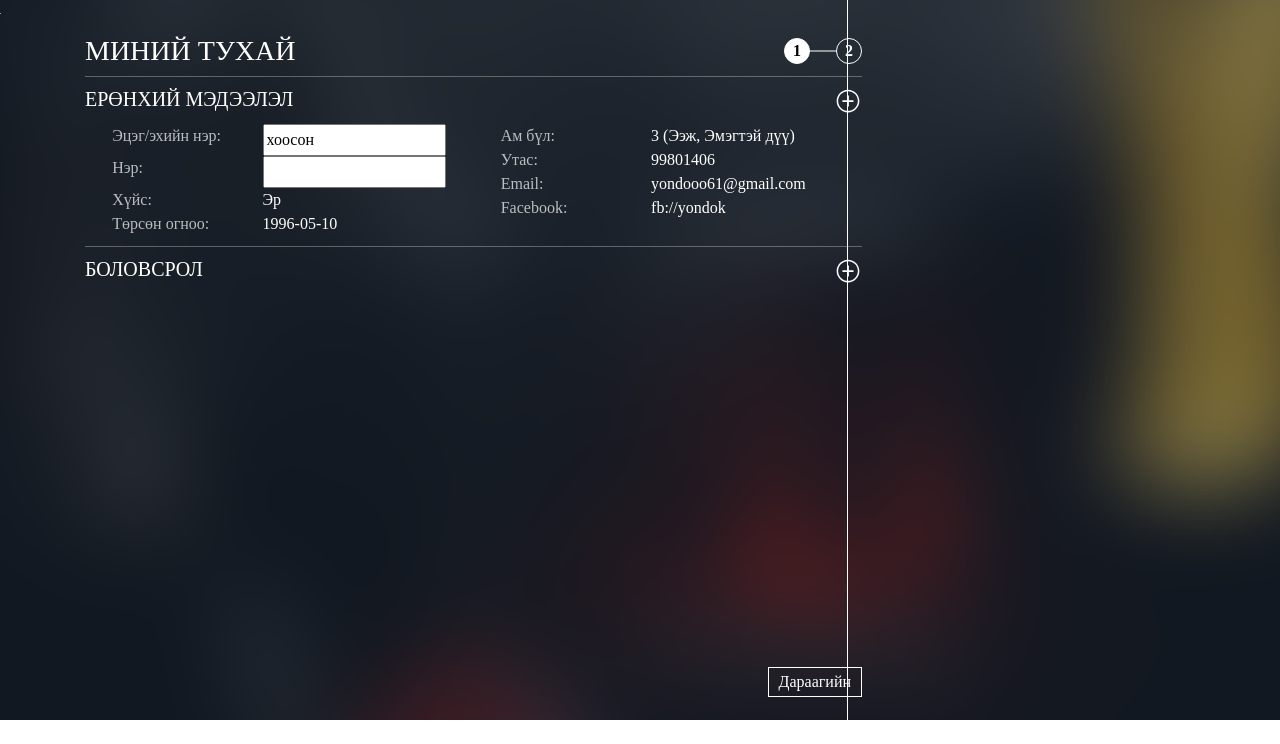
Repository: Yondo202/svProject
Page: /
The author's editor kept a copy of each file at every save. The page is drawn from the files as they stood at one save, then again after the next save.
The browser window is 1280 px wide. The pictures show the whole page.
The project was rebuilt for these pictures with package versions that can differ from the ones it lists, and the page was loaded fresh each time. The framework's server and built-in components were replaced by stand-ins that run in the browser. Also part of the build but not shown: next.config.js, style/style.scss.

Above is the page before, as saved 2020-11-20 00:48:06.

After the next save:
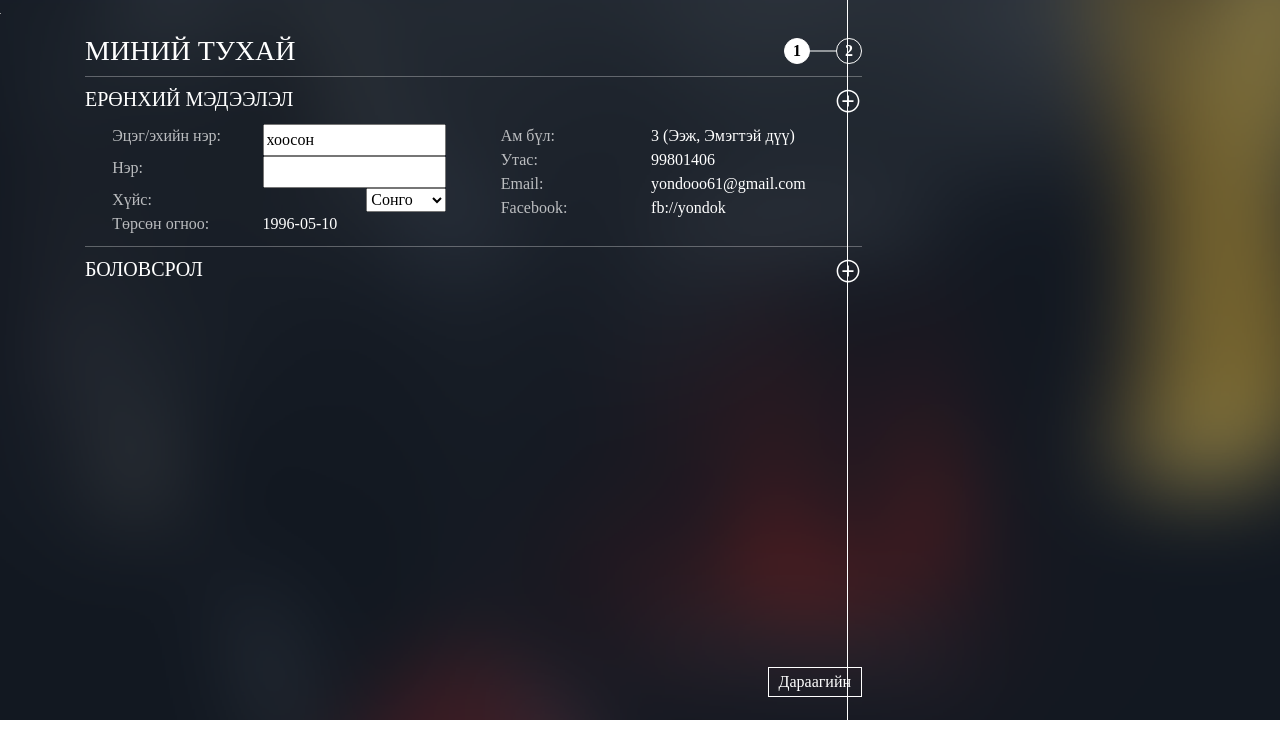
Saved 101 s later.
--- a/components/form1.js
+++ b/components/form1.js
@@ -102,7 +102,11 @@ function form1() {
                     </div>
                     <div className="main-info">
                         <span className="B">Хүйс:</span>
-                        <span className="val">Эр</span>
+                        <select className="getinput" name="sex" placeholder="сүно">
+                                    <option value="" >Сонго</option>
+                                    <option value="man">Эрэгтэй</option>
+                                    <option value="women">Эмэгтэй</option>
+                        </select>
                     </div>
                     <div className="main-info">
                         <span className="B">Төрсөн огноо:</span>
